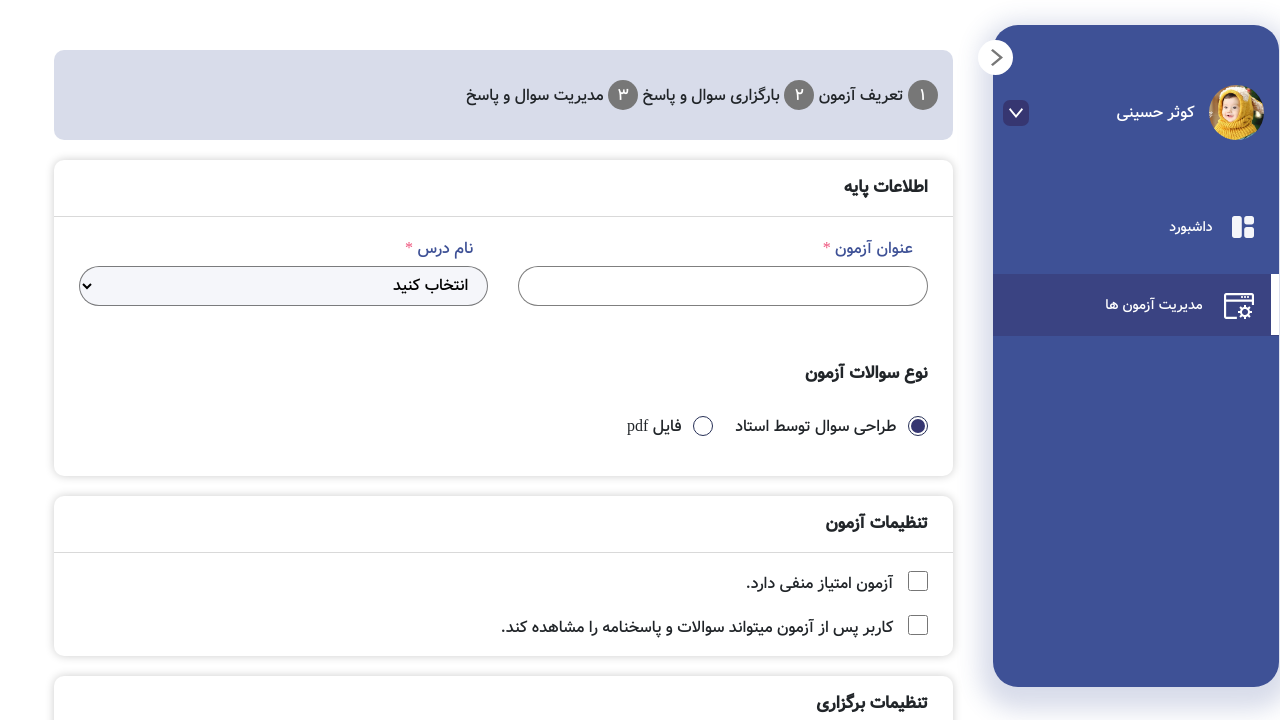
Repository: kosar78/quiz-online
Page: teacher-panel-create-test.html
These files come from the project's save history. The page is drawn as it stood at one moment and after the next save; the edit follows.
The browser window is 1280 px wide. The pictures show the whole page.
An inner scrolling area shows only its first screen.

Above is the page before, as saved 2021-12-02 23:46:49.

### teacher-panel-create-test.html
<!DOCTYPE html>
<html lang="en">
<head>
    <meta charset="UTF-8">
    <meta name="viewport" content="width=device-width, initial-scale=1.0">
    <link rel="stylesheet" href="css/manager-panel.css">
    <link rel="stylesheet" href="css/teacher-panel-create-test.css">
    <link rel="stylesheet" href="bootstrap_files/css/bootstrap.min.css">
    <script type="text/javascript" src="JQuery_file/jQuery.js"></script>
    <script type="text/javascript" src="bootstrap_files/js/bootstrap.min.js"></script>
    <script type="text/javascript" src="js/manager-panel.js"></script>
    <script type="text/javascript" src="js/teacher-panel-create-test.js"></script>
    <title>پنل استاد- ایجاد آزمون</title>
</head>
<body>
    <div class="container-fluid">
        <div class="row main-row">
            <div class="col-xl-3 col-md-3 sidebar-parent">
                <div class="resize-sidebar">
                    <img class="resize-right show" src="images/right.svg" alt="">
                    <img class="resize-left hide" src="images/left.svg" alt="">
                </div>
                <div class="exit-menubar hide">
                    <img class="" src="images/exit-menubar.svg" alt="">
                </div>
                <div class="sidebar">
                    <ul class="user-profile">
                        <li class="user-img">
                            <img src="images/H0fb13ae027de48f4a32a8bd50971f4c5N.jpg_.webp" alt="">
                        </li>
                        <li class="user-name-phone">
                            <p class="user-name" id="fullname">
                                کوثر حسینی
                            </p>
                            <p class="user-phone">

                            </p>
                        </li>
                        <li class="manage-profile">
                            <img class="bottom show" src="images/bottom.svg" alt="">
                            <img class="top hide" src="images/top.svg" alt="">
                        </li>
                    </ul>
                    <div class="manage-profile-menubar hide">
                        <div>
                            <ul class="mp-menubar">
                                <a href="manager-panel-profile.html">
                                    <li><img src="images/manage-profile-icon.svg" alt="" class="mp-icon"></li>
                                    <li class="mp-name">

                                        پروفایل

                                    </li>
                                </a>
                            </ul>
                            <ul class="mp-menubar">
                                <a href="manager-panel-change-password.html">
                                    <li><img src="images/change-pass-icon.svg" alt="" class="mp-icon"></li>
                                    <li class="mp-name">
                                        تغییر رمز عبور
                                    </li>
                                </a>
                            </ul>
                            <ul class="mp-menubar">
                                <a href="home.html">
                                    <li><img src="images/profile-manage-exit-icon.svg" alt="" class="mp-icon"></li>
                                    <li class="mp-name">
                                        خروج
                                    </li>
                                </a>
                            </ul>
                        </div>
                    </div>
                    <ul class="sidebar-case  dashbord">
                        <div class="v-line"></div>
                        <a href="teacher-panel-dashbord.html">
                            <li class="case-icon">
                                <img src="images/dashbord-icon.svg" alt="">
                            </li>
                            <li class="case-name">
                                داشبورد
                            </li>
                        </a>
                    </ul>
                    <ul class="sidebar-case active-case  test-managment">
                        <div class="v-line"></div>
                        <li class="case-icon">
                            <img src="images/carbon_gui-management.svg" alt="">
                        </li>
                        <li class="case-name">
                            مدیریت آزمون ها
                        </li>
                    </ul>

                </div>
            </div>
            <div class="col-xl-9 col-md-9 createTest-left-side left-side">
                <img src="images/menubar.svg" alt="" class="menubar hide">

                <div class="row main-row-left">
                    <div class="col-xl-12 steps">
                        <ul>
                            <li>
                                <ul>
                                    <li class="step-number">1</li>
                                    <li class="step-tx">تعریف آزمون</li>
                                </ul>
                            </li>
                            <li>
                                <ul>
                                    <li class="step-number">2</li>
                                    <li class="step-tx">بارگزاری سوال و پاسخ</li>
                                </ul>
                            </li>
                            <li>
                                <ul>
                                    <li class="step-number">3</li>
                                    <li class="step-tx">مدیریت سوال و پاسخ</li>
                                </ul>
                            </li>
                        </ul>
                    </div>
                    <div class="col-xl-12 base-info">
                        <p class="title-tx">
                           اطلاعات پایه
                        </p>
                        <div class="line"></div>
                        <div class="row">
                            <div class="col-xl-6 col-md-6">
                                <p class="top-input">
                                   عنوان آزمون <span class="star">*</span>
                                </p>
                                <input type="text" name="" id="test-title">
                            </div>
                            <div class="col-xl-6 col-md-6">
                                <p class="top-input">
                                    نام درس <span class="star">*</span>
                                </p>
                                <select name="courses" id="courses">
                                    <option >انتخاب کنید</option>
                                    <option >ریاضی</option>
                                </select>
                            </div>
                        </div>
                        <p class="title-tx">
                            نوع سوالات آزمون
                        </p>
                        <ul class="ul-choose">
                            <li>
                                <ul>
                                    <li>
                                        <div class="circle-b cr1">
                                            <div class="circle-2 choosed "></div>
                                        </div>

                                    </li>
                                    <li><p id="circle-p">طراحی سوال توسط استاد</p></li>
                                </ul>
                            </li>

                            <li>
                                <ul>
                                    <li>
                                        <div class="circle-b cr2">
                                            <div class="circle-2 unchoosed "></div>
                                        </div>

                                    </li>
                                    <li><p id="circle-p">فایل pdf</p></li>
                                </ul>
                            </li>
                        </ul>
                    </div>
                    <div class="col-xl-12 test-setting">
                        <p class="title-tx">
                           تنظیمات آزمون
                        </p>
                        <div class="line"></div>
                        <ul class="setting-checkbox">
                            <li><input class="setting-checkbox-input" type="checkbox" name="" id=""></li>
                            <li>آزمون امتیاز منفی دارد.</li>
                        </ul>
                        <ul class="setting-checkbox">
                            <li><input class="setting-checkbox-input" type="checkbox" name="" id=""></li>
                            <li>کاربر پس از آزمون میتواند سوالات و پاسخنامه را مشاهده کند.</li>
                        </ul>

                    </div>
                    <div class="col-xl-12 test-holding">
                        <p class="title-tx">
                           تنظیمات برگزاری
                        </p>
                        <div class="line"></div>
                        <div class="row">
                            <div class="col-xl-6 col-md-6">
                                <p class="top-input">
                                   تاریخ و ساعت آغاز آزمون :
                                </p>
                                <input class="test-datetime" type="datetime-local" name="" id="">
                            </div>
                            <div class="col-xl-6 col-md-6">
                                <p class="top-input">
                                    تاریخ و ساعت پایان آزمون :
                                </p>
                                <input class="test-datetime" type="datetime-local" name="" id="">
                            </div>
                        </div>
                        <p class="title-tx">
                            نوع برگزاری آزمون
                        </p>
                        <ul class="ul-choose">
                            <li>
                                <ul>
                                    <li>
                                        <div class="circle-b holding-type" id="type1">
                                            <div class="circle-2 choosed "></div>
                                        </div>

                                    </li>
                                    <li><p id="circle-p">برگزاری در تاریخ و ساعت مقرر</p></li>
                                </ul>
                            </li>

                            <li>
                                <ul>
                                    <li>
                                        <div class="circle-b holding-type" id="type2">
                                            <div class="circle-2 unchoosed "></div>
                                        </div>

                                    </li>
                                    <li><p id="circle-p">برگزاری به صورت شناور</p></li>
                                </ul>
                            </li>

                            <li>
                                <ul>
                                    <li>
                                        <div class="circle-b holding-type" id="type3">
                                            <div class="circle-2 unchoosed "></div>
                                        </div>

                                    </li>
                                    <li><p id="circle-p">نمایش سوال به سوال و تعیین زمان  برای هر سوال</p></li>
                                </ul>
                            </li>

                            <li>
                                <ul>
                                    <li>
                                        <div class="circle-b holding-type" id="type4">
                                            <div class="circle-2 unchoosed "></div>
                                        </div>

                                    </li>
                                    <li><p id="circle-p">نمایش سوال به سوال و تعیین زمان کلی برای آزمون</p></li>
                                </ul>
                            </li>
                        </ul>


                        <div class="holding-type-container" id="container-type2">
                            <div class="holding-type-container-inside">
                                <p class="top-test-time-input">زمان آزمون(دقیقه)</p>
                                <input type="number" name="" id="test-time" value="60">
                                <ul class="floating-checkbox">
                                    <li><input class="setting-checkbox-input" type="checkbox" name="" id=""></li>
                                    <li>امکان برگزاری مجدد آزمون در صورتی که آزمون پایان نیافته باشد.(فقط در حالت شناور)</li>
                                </ul>
                                <ul>
                                    <li>
                                        <div class="circle-b floating-type">
                                            <div class="circle-2  choosed "></div>
                                        </div>

                                    </li>
                                    <li><p class="floating-type-p" id="circle-p">عدم توقف تایمر در صورت خروج از پنل آزمون</p></li>
                                </ul>
                                <ul>
                                    <li>
                                        <div class="circle-b floating-type">
                                            <div class="circle-2  unchoosed "></div>
                                        </div>

                                    </li>
                                    <li><p class="floating-type-p" id="circle-p">توقف تایمر در صورت خروج از پنل آزمون</p></li>
                                </ul>
                            </div>
                        </div>


                        <div class="holding-type-container" id="container-type3">
                            <div class="holding-type-container-inside">
                                <p class="top-test-time-input">زمان هر سوال(ثانیه)</p>
                                <input type="number" name="" id="test-time" value="60">
                                <ul class="type3-checkbox">
                                    <li><input class="setting-checkbox-input" type="checkbox" name="" id=""></li>
                                    <li>تعیین زمان پاسخگویی برای هر سوال</li>
                                </ul>
                                <ul class="type3-checkbox">
                                    <li><input class="setting-checkbox-input" type="checkbox" name="" id=""></li>
                                    <li>نمایش بدون ترتیب سوالات آزمون(تصادفی)</li>
                                </ul>

                            </div>
                        </div>

                        <div class="holding-type-container" id="container-type4">
                            <div class="holding-type-container-inside">
                                <p class="top-test-time-input">زمان آزمون(دقیقه)</p>
                                <input type="number" name="" id="test-time" value="60">

                                <ul class="type4-checkbox">
                                    <li><input class="setting-checkbox-input" type="checkbox" name="" id=""></li>
                                    <li>نمایش بدون ترتیب سوالات آزمون(تصادفی)</li>
                                </ul>
                                <ul class="type4-checkbox">
                                    <li><input class="setting-checkbox-input" type="checkbox" name="" id=""></li>
                                    <li>امکان بازگشت به سوال قبلی</li>
                                </ul>
                                <ul class="ul-circle1">
                                    <li>
                                        <div class="circle-b type4-circle">
                                            <div class="circle-2  choosed "></div>
                                        </div>

                                    </li>
                                    <li><p class="type4-circle-p" id="circle-p">عدم توقف تایمر در صورت خروج از پنل آزمون</p></li>
                                </ul>
                                <ul>
                                    <li>
                                        <div class="circle-b type4-circle">
                                            <div class="circle-2  unchoosed "></div>
                                        </div>

                                    </li>
                                    <li><p class="type4-circle-p" id="circle-p">توقف تایمر در صورت خروج از پنل آزمون</p></li>
                                </ul>
                            </div>
                        </div>


                    </div>

                    <div class="col-xl-12 btns">
                        <input class="save-step1-info" id="save-step1-info" type="button" value="ثبت">
                        <a href="teacher-panel-testslist.html">
                            <input class="cancel" type="button" value="لغو">
                        </a>
                    </div>

                </div>
            </div>
        </div>
    </div>


    <div id="deleteTest" class="modal fade"  role="dialog" >
        <div class="modal-dialog modal-dialog-centered ">
          <div class="modal-content">
            <div class="modal-body delete-test-modal">
                <img src="images/Bucket 24px.svg" alt="">
                <p>آیا می خواهید آزمون را حذف کنید؟</p>
                <input class="delete-from-list" type="button" value="حذف گردد">
                <input class="not-delete" type="button" value="خیر">
            </div>
          </div>

        </div>
    </div>

    <div id="testType" class="modal fade"  role="dialog" >
        <div class="modal-dialog modal-dialog-centered ">
          <div class="modal-content">
            <div class="modal-body test-type-modal">
                <p>نوع سوالات آزمون شما به چه صورتی می باشد؟</p>
                <a href="#"><input class="test-type-btns" type="button" value="تستی"></a>
                <a href="#"><input class="test-type-btns" type="button" value="تشریحی"></a>
                <input class="cancel" type="button" value="انصراف">
            </div>
          </div>

        </div>
    </div>
      <script src="node_modules/axios/dist/axios.min.js"></script>
    <!-- <script src="js/manager-panel-student-list.js"></script> -->
</body>
</html>

### css/teacher-panel-create-test.css

.main-row-left{
    padding-top: 50px;
    padding-left: 25px;
    padding-right: 25px;
    margin-bottom: 25px;
}
.createTest-left-side{
    height: 100vh !important;
    overflow-y: auto;
}
.active-case .v-line{
    height: 61px !important;
}
.base-info,
.test-setting,
.test-holding{
    background: #FFFFFF;
    box-shadow: 0px 0px 10px rgba(0, 0, 0, 0.2);
    border-radius: 10px;
    width: 100%;
    height: max-content;
    padding: 0 !important;
    margin-top: 20px;
}
.line{
    height: 1px;
    background-color: rgba(0, 0, 0, 0.15);
}
.test-datetime,
.base-info input[type="text"]{
    width: 100% !important;
}
.test-datetime,
.base-info input[type="text"],
#courses{
    border-radius: 25px;
    width: 250px;
    height: 40px;
    border: 1px solid rgba(0, 0, 0, 0.5);
    outline: none;
    padding: 3px 15px;
}
#courses{
    width: 100%;
    padding-left: 15px;
    background-color: rgba(62, 81, 150, 0.05);
    margin-bottom: 30px;
}
.title-tx{
    width: max-content;
    margin-top: 15px;
    margin-right: 25px;
    margin-bottom: 15px;
    font-size: 17px;
    font-weight: bold;
}
.base-info input[type="text"]:focus{
    border: 1px solid #3E5196;
}
.test-datetime:focus{
    border: 1px solid #3E5196;
}
.top-input span{
    color: #EE537C !important;
}
.top-input{
    color: #3e5196;
    margin-bottom: 5px;
    padding-right: 15px;
    margin-top: 20px;
}
.main-row-left .row {
    padding: 0 25px;
    margin-bottom: 25px;
}
@media(max-width:767px){
    .main-row-left{
        margin-top: 25px;
    }
    .main-row-left .row{
        margin-bottom: 0;
    }
    .btns{
        padding-top: 15px;
    }
    .top-input{
        margin-top: 15px;
    }

}
@media(max-width:514px){

    .main-row-left {
        padding-left: 15px;
        padding-right: 15px;
    }

}
@media(max-width:425px){
    .main-row-left .row{
        padding: 0 15px;
    }
    .cancel,
    .save-step1-info{
        margin: 10px 0 !important;
        width: 100%;
    }
    .btns{
        margin-bottom: 15px;
    }
}
.circle-b{
    width: 20px;
    height: 20px;
    border: 1px solid #262F56;
    box-sizing: border-box;
    border-radius: 50px;
    cursor: pointer;
    background-color: #fff;
    padding-top: 2px;
    padding-right: 2px;
    margin-right: 25px;
}
#circle-p{
    position: relative;
    top: -5px;
    right: 7px;

}
.circle-2{

    width: 14px;
    height: 14px;
    border-radius: 50px;
    background: #363671;

}
.choosed{
    display: block;
}
.unchoosed{
    display: none;
}
.ul-choose{
    margin-top: 30px;
}

.setting-checkbox-input{
    width: 20px;
    height: 20px;
    margin-right: 25px;
    position: relative;
    top: 3px;
    margin-left: 10px;
}
.setting-checkbox{
    margin-top: 15px;
}
.save-step1-info,
.cancel{
    width: 140px;
    outline: none;
    margin-bottom: 20px;
    border: 0;
    text-align: center;
    color: #FFFFFF;
    background: #EE537C;
    border-radius: 25px;
    height: 40px;
    font-size: 14px;
}
.save-step1-info:hover{
    background:#d84c71 !important;
    color:#f6f6f6 !important;
}
.btns{
    text-align: left;
    margin-top: 20px;
}
.save-step1-info{
    margin-left: 10px;
}
.cancel{
    background-color: #fab23c !important;
}
.cancel:hover{
    background:#dc9c33 !important;
    color:#f6f6f6 !important;
}
.holding-type-container-inside{
    border-radius: 10px;
    background-color: rgba(62, 81, 150, 0.1);
    width: 100%;
    height: 100%;
    padding-bottom: 20px;
}
.holding-type-container{
    width: 100%;
    height: max-content;
    padding: 0 25px;
    margin-bottom: 30px;
    display: none;
}
#test-time{
    background-color: #ebedf4;
    outline: none;
    border: 0;
    border-bottom-color: rgba(0, 0, 0, 0.5) !important;
    border-bottom-style: solid !important;
    border-bottom-width: 1px !important;
    margin-right: 25px;
    margin-bottom: 25px;

}
.floating-type-p,
.type4-circle-p{
    margin-bottom: 0 !important;
}
.top-test-time-input{
    font-size: 14px;
    margin-right: 25px;
    padding-top: 25px;
    margin-bottom: 10px;
}
.floating-checkbox{
    margin-top: 15px;
    margin-bottom: 40px;
}
.ul-circle1{
    margin-top: 40px;
}
.steps{
    background: rgba(62, 81, 150, 0.2);
    border-radius: 10px;
    padding: 30px 25px;
}
.steps ul{
    margin-bottom: 0 !important;
}
.step-number{
    border-radius: 50%;
    width: 30px;
    height: 30px;
    background-color: #777777;
    text-align: center;
    padding-top: 4px;
    color: #fff;
}
.step-tx{

}

Loaded but not shown: bootstrap_files/css/bootstrap.min.css (library); JQuery_file/jQuery.js (library); bootstrap_files/js/bootstrap.min.js (library); node_modules/axios/dist/axios.min.js (library); js/manager-panel.js (101 lines, source omitted); js/teacher-panel-create-test.js (100 lines, source omitted); css/manager-panel.css (326 lines, source omitted)

After the next save:
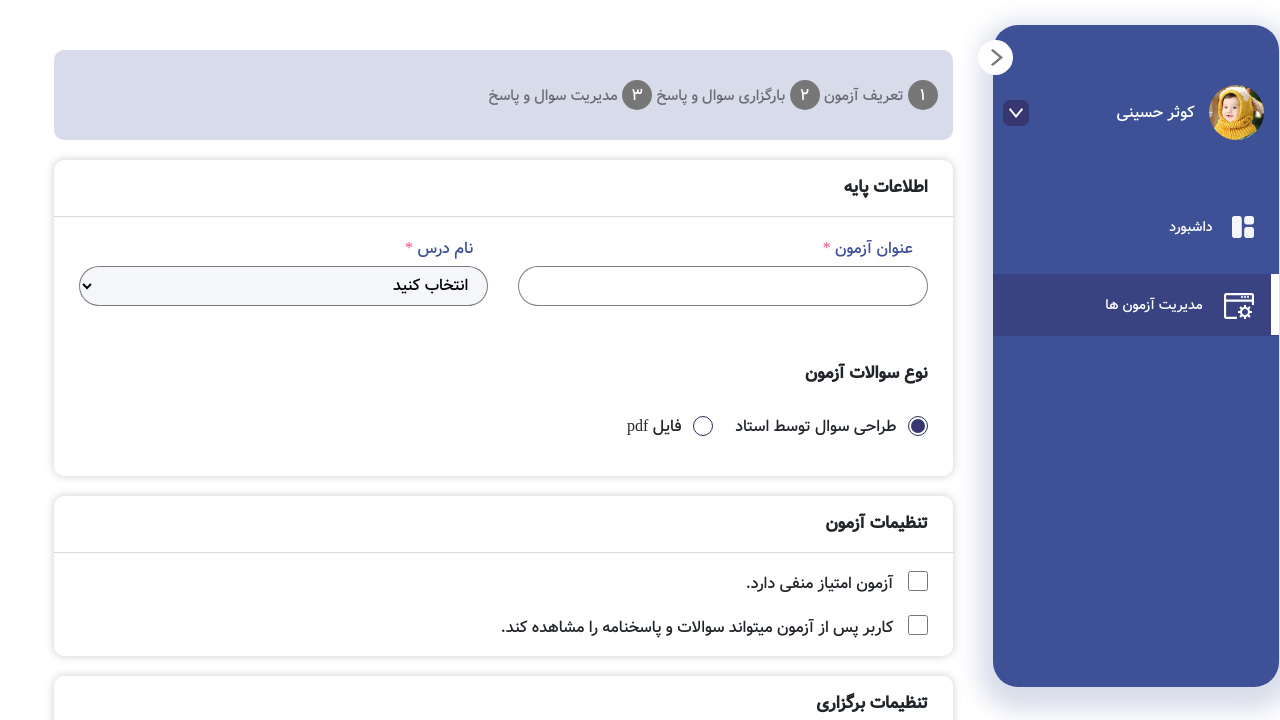
Saved 26 s later.
--- a/css/teacher-panel-create-test.css
+++ b/css/teacher-panel-create-test.css
@@ -248,5 +248,6 @@
     color: #fff;
 }
 .step-tx{
-
-}
+    font-size: 15px;
+    color: rgba(0, 0, 0, 0.5);
+}
